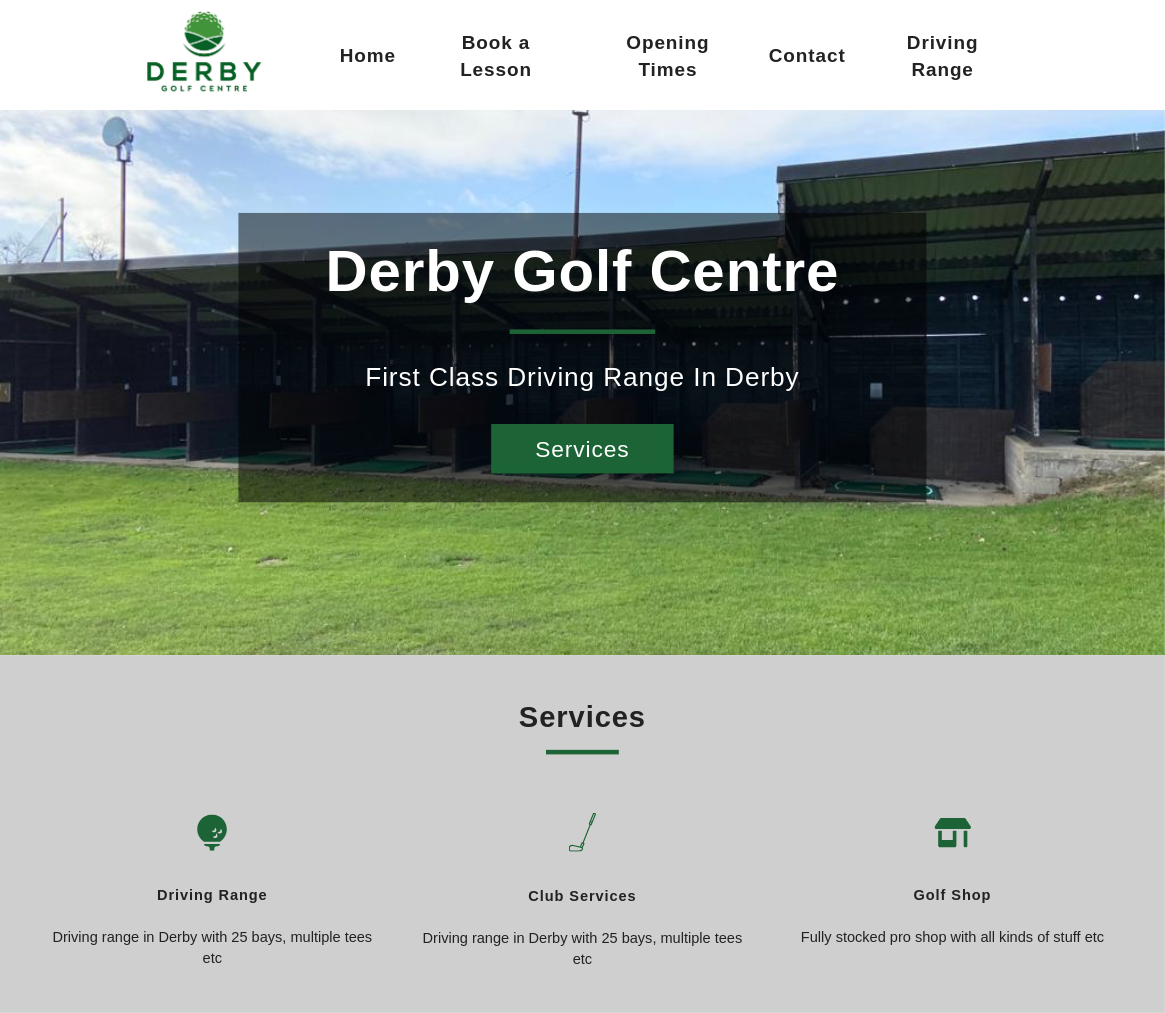
Repository: frankinstyyn/nigeljamesconsulting
Page: /
These files come from the project's save history. The page is drawn as it stood at one moment and after the next save; the edit follows.
The browser window is 1280 px wide. The pictures show the whole page, at 91% of full size.
Some web fonts or font styles are not loaded; a fallback is used. The project was rebuilt for these pictures with package versions that can differ from the ones it lists, and the page was loaded fresh each time. Also part of the build but not shown: src/pages/Lesson.js, src/pages/SingleRoom.js, src/pages/Error.js.

Above is the page before, as saved 2021-01-08 17:58:39.

### public/index.html
<!DOCTYPE html>
<html lang="en">
  <head>
    <meta charset="utf-8" />
    <link rel="icon" href="%PUBLIC_URL%/favicon.ico" />
    <meta name="viewport" content="width=device-width, initial-scale=1" />
    <meta name="theme-color" content="#000000" />
    <meta
      name="description"
      content="Web site created using create-react-app"
    />
    <link rel="apple-touch-icon" href="%PUBLIC_URL%/logo192.png" />
    <!--
      manifest.json provides metadata used when your web app is installed on a
      user's mobile device or desktop. See https://developers.google.com/web/fundamentals/web-app-manifest/
    -->
    <link rel="manifest" href="%PUBLIC_URL%/manifest.json" />
    <!--
      Notice the use of %PUBLIC_URL% in the tags above.
      It will be replaced with the URL of the `public` folder during the build.
      Only files inside the `public` folder can be referenced from the HTML.

      Unlike "/favicon.ico" or "favicon.ico", "%PUBLIC_URL%/favicon.ico" will
      work correctly both with client-side routing and a non-root public URL.
      Learn how to configure a non-root public URL by running `npm run build`.
    -->
    <title>Derby Golf Centre</title>
  </head>
  <body>
    <noscript>You need to enable JavaScript to run this app.</noscript>
    <div id="root"></div>
    <!--
      This HTML file is a template.
      If you open it directly in the browser, you will see an empty page.

      You can add webfonts, meta tags, or analytics to this file.
      The build step will place the bundled scripts into the <body> tag.

      To begin the development, run `npm start` or `yarn start`.
      To create a production bundle, use `npm run build` or `yarn build`.
    -->
  </body>
</html>

### src/index.js
import React from "react";
import ReactDOM from "react-dom";
import "./index.css";
import { BrowserRouter as Router } from "react-router-dom";
import App from "./App";
import reportWebVitals from "./reportWebVitals";

ReactDOM.render(
  <Router>
    <App />
  </Router>,
  document.getElementById("root")
);

// If you want to start measuring performance in your app, pass a function
// to log results (for example: reportWebVitals(console.log))
// or send to an analytics endpoint. Learn more: https://bit.ly/CRA-vitals
reportWebVitals();

### src/index.css
@import url("https://fonts.googleapis.com/css2?family=Darker+Grotesque:wght@300;800&display=swap");

body {
  margin: 0;
  font-family: -apple-system, BlinkMacSystemFont, "Segoe UI", "Roboto", "Oxygen",
    "Ubuntu", "Cantarell", "Fira Sans", "Droid Sans", "Helvetica Neue",
    sans-serif;
  -webkit-font-smoothing: antialiased;
  -moz-osx-font-smoothing: grayscale;
}

code {
  font-family: source-code-pro, Menlo, Monaco, Consolas, "Courier New",
    monospace;
}

### src/App.js
import "./App.css";
import Home from "./pages/Home";
import Lesson from "./pages/Lesson";
import SingleRoom from "./pages/SingleRoom";
import Error from "./pages/Error";

import { Route, Switch } from "react-router-dom";

import Navbar from "./components/Navbar";

function App() {
  return (
    <>
      <Navbar />
      <Switch>
        <Route exact path="/" component={Home} />
        <Route exact path="/lesson" component={Lesson} />
        <Route exact path="/lesson/:slug" component={SingleRoom} />
        <Route component={Error} />
      </Switch>
    </>
  );
}

export default App;

### src/App.css
* {
  margin: 0;
  padding: 0;
  box-sizing: border-box;
  font-family: "Darker Grotesque", sans-serif;
}
:root {
  --primaryColor: #1c6435;
  --mainWhite: #fff;
  --offWhite: #f7f7f7;
  --mainBlack: #222;
  --mainGrey: #ececec;
  --darkGrey: #cfcfcf;
  --mainTransition: all 0.3s linear;
  --mainSpacing: 1px;
  --lightShadow: 2px 5px 3px 0px rgba(0, 0, 0, 0.5);
  --darkShadow: 4px 10px 5px 0px rgba(0, 0, 0, 0.5);
}
/* globals */
body {
  padding-top: 66px;
  color: var(--mainBlack);
  background: var(--mainWhite);
  font-family: Verdana, Geneva, Tahoma, sans-serif;
  line-height: 1.4;
}
h1 {
  font-size: 3em;
  line-height: 1;
  margin-bottom: 0.5em;
}
h2 {
  font-size: 2em;
  margin-bottom: 0.75em;
}
h3 {
  font-size: 1.5em;
  line-height: 1;
  margin-bottom: 1em;
}
h4 {
  font-size: 1.2em;
  line-height: 1.25;
  margin-bottom: 1.25em;
}
h5 {
  font-size: 1em;
  font-weight: bold;
  margin-bottom: 1.5em;
}
h6 {
  font-size: 1em;
  font-weight: bold;
  margin-bottom: 1.5em;
}

.btn-primary {
  display: inline-block;
  text-decoration: none;
  letter-spacing: var(--mainSpacing);
  color: var(--mainWhite);
  background: var(--primaryColor);
  padding: 0.4rem 0.9rem;
  border: 3px solid var(--primaryColor);
  transition: var(--mainTransition);
  /* text-transform: uppercase; */
  cursor: pointer;
  width: 200px;
  font-size: 25px;
}
.btn-primary:hover {
  background: transparent;
  color: var(--primaryColor);
}
.loading {
  text-transform: capitalize;
  text-align: center;
  margin-top: 3rem;
}
.error {
  text-align: center;
  text-transform: uppercase;
  margin: 2rem 0;
}
.empty-search {
  text-align: center;
  text-transform: capitalize;
  margin: 2rem 0;
  padding: 1rem;
  letter-spacing: var(--mainSpacing);
}
/* end of globals */
/* Navbar */
.logo {
  height: 91px;
}
.navbar {
  position: fixed;
  top: 0;
  left: 0;
  width: 100%;
  padding: 0.75rem 2rem;
  background: var(--mainWhite);
  z-index: 1;
  display: inline-block;
  vertical-align: middle;
  text-align: center;
}
.nav-header {
  display: flex;
  justify-content: space-between;
}
.nav-btn {
  background: transparent;
  border: none;
  cursor: pointer;
  outline: none;
  color: red;
}
.nav-icon {
  font-size: 1.5rem;
  color: var(--primaryColor);
}
.nav-links {
  height: 0;
  overflow: hidden;
  transition: var(--mainTransition);
  list-style-type: none;
  align-items: center;
}
.nav-links a {
  display: block;
  text-decoration: none;
  padding: 1rem;
  color: var(--mainBlack);
  transition: var(--mainTransition);
  text-align: center;
  font-size: 1.3rem;
  font-weight: 600;
  letter-spacing: var(--mainSpacing);
}
.nav-links a:hover {
  color: var(--mainWhite);
  background: var(--primaryColor);
}

.show-nav {
  height: 310px;
}
@media screen and (min-width: 1028px) {
  .nav-btn {
    display: none;
  }
  .nav-center {
    max-width: 1170px;
    margin: 0 10%;
    display: flex;
  }
  .nav-links {
    height: auto;
    display: flex;
    margin-left: 4rem;
  }
  .nav-links a {
    /* margin: 0 1rem; */
    padding: 1rem;
  }
}
/* end of navbar */
/* Hero */
.defaultHero,
.lessonHero {
  min-height: calc(100vh - 66px);
  background: url("./images/defaultBcg.jpeg") center/cover no-repeat;
  display: flex;
  align-items: center;
  justify-content: center;
}
.lessonHero {
  background-image: url("./images/room-2.jpeg");
  /* min-height: 60vh; */
}
/* End of Hero */
/* Banner */
.banner {
  display: inline-block;
  background: rgba(0, 0, 0, 0.5);
  color: var(--mainWhite);
  padding: 2rem 1rem;
  text-align: center;
  text-transform: capitalize;
  letter-spacing: var(--mainSpacing);
}
.banner h1 {
  font-size: 2.5rem;
}
.banner div {
  width: 10rem;
  height: 5px;
  background: var(--primaryColor);
  margin: 1.7rem auto;
}
.banner p {
  font-size: 1.8rem;
  margin-bottom: 2rem;
}
@media screen and (min-width: 576px) {
  .banner {
    padding: 2rem 3rem;
  }
  .banner h1 {
    font-size: 3rem;
  }
}
@media screen and (min-width: 992px) {
  .banner {
    padding: 2rem 6rem;
  }
  .banner h1 {
    font-size: 4rem;
  }
}
/* End of Banner */
/* Title */
.section-title {
  text-align: center;
  margin-bottom: 4rem;
}
.section-title h4 {
  font-size: 2rem;
  letter-spacing: var(--mainSpacing);
  text-transform: capitalize;
  margin-bottom: 1rem;
}
.section-title div {
  width: 5rem;
  height: 5px;
  margin: 0 auto;
  background: var(--primaryColor);
}
/* end of Title */

/* services */
.services {
  padding: 3rem 0;
}
.services {
  background: var(--darkGrey);
  text-align: center;
}
.services-center {
  width: 90vw;
  margin: 0 auto;
  display: grid;
  grid-template-columns: repeat(auto-fit, minmax(255px, 1fr));
  grid-row-gap: 2rem;
  grid-column-gap: 50px;
}
.service span {
  display: inline-block;
  color: var(--primaryColor);
  font-size: 2.5rem;
  margin-bottom: 1.5rem;
}
.services h6 {
  letter-spacing: var(--mainSpacing);
}
.services p {
  width: 80%;
  margin: 0 auto;
}

.servicesImg {
  width: 30px;
  stroke: var(--primaryColor);
  stroke-width: 10;
}
@media screen and (min-width: 992px) {
  .services-center {
    width: 95vw;
    max-width: 1170px;
  }
}

@media screen and (min-width: 1200px) {
  .services p {
    width: 100%;
  }
}
/*end of services */
/* featured rooms */

.featured-rooms {
  padding: 5rem 0;
}
.featured-rooms-center {
  width: 80vw;
  margin: 0 auto;
  display: grid;
  grid-template-columns: repeat(auto-fit, minmax(270px, 1fr));
  grid-row-gap: 2rem;
  grid-column-gap: 40px;
}
@media screen and (min-width: 776px) {
  .featured-rooms-center {
    width: 90vw;
    grid-template-columns: repeat(auto-fit, minmax(330px, 1fr));
  }
}
@media screen and (min-width: 992px) {
  .featured-rooms-center {
    width: 95vw;
    max-width: 1170px;
  }
}
/* end pf featured rooms */
/* room */
.room {
  box-shadow: var(--lightShadow);
  transition: var(--mainTransition);
}
.room:hover {
  box-shadow: var(--darkShadow);
}

.img-container {
  position: relative;
}
.img-container img {
  width: 100%;
  display: block;
  transition: var(--mainTransition);
}
.price-top {
  position: absolute;
  top: 0;
  left: 0;
  background: rgba(0, 0, 0, 0.8);
  color: var(--mainWhite);
  padding: 0.3rem 0.6rem 0.5rem;
  border-bottom-right-radius: 1rem;
  font-size: 0.5rem;
  text-align: center;
  transition: var(--mainTransition);
}
.price-top h6 {
  margin-bottom: 0;
  font-size: 0.9rem;
  font-weight: 300;
  letter-spacing: var(--mainSpacing);
}
.room-link {
  position: absolute;
  top: 50%;
  left: 50%;
  transform: scale(0);
  transition: all 0.3s linear;
}
.img-container:hover {
  background: rgba(0, 0, 0, 0.8);
}
.img-container:hover img {
  opacity: 0.3;
}
.img-container:hover .price-top {
  opacity: 0;
}
.img-container:hover .room-link {
  transform: translate(-50%, -50%) scale(1);
}
.room-info {
  background: var(--darkGrey);
  text-transform: capitalize;
  padding: 0.5rem 0;
  text-align: center;
  font-weight: 700;
  letter-spacing: var(--mainSpacing);
}
/* end of room  */
/* single room*/

.single-room {
  padding: 5rem 0 0 0;
}
.single-room-images {
  width: 80vw;
  margin: 0 auto;
  display: grid;
  grid-template-columns: repeat(auto-fit, minmax(350px, 1fr));
  grid-row-gap: 2rem;
  grid-column-gap: 50px;
}
.single-room-images img {
  width: 100%;
  display: block;
}
.single-room-info {
  width: 80vw;
  display: grid;
  grid-template-columns: 1fr;
  margin: 2rem auto;
}
.desc,
.info {
  margin: 1rem 0;
}
.desc h3 {
  text-transform: capitalize;
  letter-spacing: var(--mainSpacing);
}
.desc p {
  line-height: 1.5;
}
.info h3,
.info h6 {
  text-transform: capitalize;
  letter-spacing: var(--mainSpacing);
}

.info h6 {
  font-weight: 300;
}
.room-extras {
  width: 80vw;
  margin: 0 auto 3rem auto;
}
.room-extras h6 {
  text-transform: capitalize;
  letter-spacing: var(--mainSpacing);
}
.extras {
  list-style-type: none;
  display: grid;
  grid-template-columns: repeat(auto-fit, minmax(330px, 1fr));
  grid-column-gap: 2rem;
  grid-row-gap: 1rem;
}
@media screen and (min-width: 992px) {
  .single-room-images,
  .single-room-info,
  .room-extras {
    width: 95vw;
    max-width: 1170px;
  }
  .single-room-info {
    display: grid;
    grid-template-columns: 1fr 1fr;
    grid-column-gap: 2rem;
  }
  .info {
    padding-left: 3rem;
  }
}
/* end of single room*/
/* roomlist */
.roomslist {
  padding: 5rem 0;
}
.roomslist-center {
  width: 80vw;
  margin: 0 auto;
  display: grid;
  grid-template-columns: repeat(auto-fill, minmax(270px, 1fr));
  grid-row-gap: 2rem;
  grid-column-gap: 30px;
}

@media screen and (min-width: 776px) {
  .roomslist-center {
    width: 90vw;
  }
}
@media screen and (min-width: 992px) {
  .roomslist-center {
    width: 95vw;
    max-width: 1170px;
  }
}
/* end of roomlist */
/*  rooms fitler*/
.filter-container {
  padding: 5rem 0;
}
.filter-form {
  width: 60vw;
  margin: 0 auto;
  display: grid;
  grid-template-columns: repeat(auto-fit, minmax(202px, 1fr));
  grid-row-gap: 2rem;
  grid-column-gap: 40px;
}
.form-group {
  text-transform: capitalize;
}
.form-group label {
  display: block;
  letter-spacing: var(--mainSpacing);
  margin-bottom: 0.5rem;
}
.form-control {
  width: 100%;
  background: transparent;
  font-size: 1rem;
}
.size-inputs {
  display: flex;
}
.size-input {
  width: 40%;
  padding: 0.2rem;
  border: 1px solid var(--mainBlack);
  border-radius: 0.3rem;
  margin-right: 0.3rem;
}
.single-extra label {
  display: inline-block;
  font-size: 0.8rem;
  margin-left: 0.5rem;
}
@media screen and (min-width: 776px) {
  .filter-form {
    width: 70vw;
  }
}
@media screen and (min-width: 992px) {
  .filter-form {
    width: 95vw;
    max-width: 1170px;
  }
}
/* end of rooms fitler*/

### src/pages/Home.js
import React from "react";
import Hero from "../components/Hero";
import Banner from "../components/Banner";
import { Link } from "react-router-dom";
import Services from "../components/Services"

export default function Home() {
  return (
    <>
    <Hero hero="defaultHero" >
      <Banner title="Derby Golf Centre" subtitle="First class Driving Range in Derby">
        <Link to="/lesson" className="btn-primary">
          Services
      </Link>
      </Banner>
      </Hero>
      <Services />
      </>
  );
}

### src/components/Navbar.js
import React, { Component } from "react";
// import { IoGolf } from "react-icons/io5";
import logo from "../images/sdrlogo.jpeg";
import { FaAlignRight } from "react-icons/fa";
import { Link } from "react-router-dom";

export default class Navbar extends Component {
  state = {
    isOpen: false,
  }
  handleToggle = () => {
    this.setState({ isOpen: !this.state.isOpen });
  }
  render() {
    return <nav className="navbar">
      <div class="nav-center">
        <div class="nav-header">
          <Link to="/">
            <img className="logo" src={logo} alt="Derby Golf Centre" />
          </Link>
          <button type="button" className="nav-btn" onClick={this.handleToggle}>
            <FaAlignRight className="nav-icon" />
          </button>
        </div>
        <ul className={this.state.isOpen ? "nav-links show-nav" : "nav-links"}>
          <li>
            <Link to="/">Home</Link>
          </li>
          <li>
            <Link to="/lesson">Book a Lesson</Link>
          </li>
          <li>
            <Link to="/opening-times">Opening Times</Link>
          </li>
          <li>
            <Link to="/contact">Contact</Link>
          </li>
          <li>
            <Link to="/driving-range">Driving Range</Link>
          </li>
        </ul>
      </div>
    </nav>;
  }
}

### src/components/Hero.js
import React from 'react'

export default function Hero({children, hero}) {
    return (
        <header className={hero}>{children}</header>
    )
}

### src/components/Banner.js
import React from 'react'

export default function Banner({children,title,subtitle}) {
    return (
        <div className="banner">
            <h1>{title}</h1>
            <div></div>
            <p>{subtitle}</p>
            {children}
        </div>
    )
}

### src/components/Services.js
import React, { Component } from 'react'
import { FaGolfBall, FaStoreAlt } from 'react-icons/fa'
import golfclub from '../images/golf-club.svg'
import Title from "./Title"


export default class Services extends Component {
    state = {
        services: [
            {
                icon: <FaGolfBall />,
                title: "Driving Range",
                info: "Driving range in Derby with 25 bays, multiple tees etc"
            },
            {
                icon: <img src={golfclub} className="servicesImg" alt="Club Services"/>,
                title: "Club Services",
                info: "Driving range in Derby with 25 bays, multiple tees etc"
            },
            {
                icon: <FaStoreAlt />,
                title: "Golf Shop",
                info: "Fully stocked pro shop with all kinds of stuff etc"
            }
        ]
    };
    render() {
        return (
            <section className="services">
                <Title title="services" />
                <div className="services-center">
                    {this.state.services.map((item, index) => {
                        return (
                            <article key={index} className="service">
                                <span>{item.icon}</span>
                                <h6>{item.title}</h6>
                                <p>{item.info}</p>
                            </article>
                        )
                    })}
                </div>
            </section>
        )
    }
}

Loaded but not shown: src/reportWebVitals.js (common file); src/components/Title.js (common file)

After the next save:
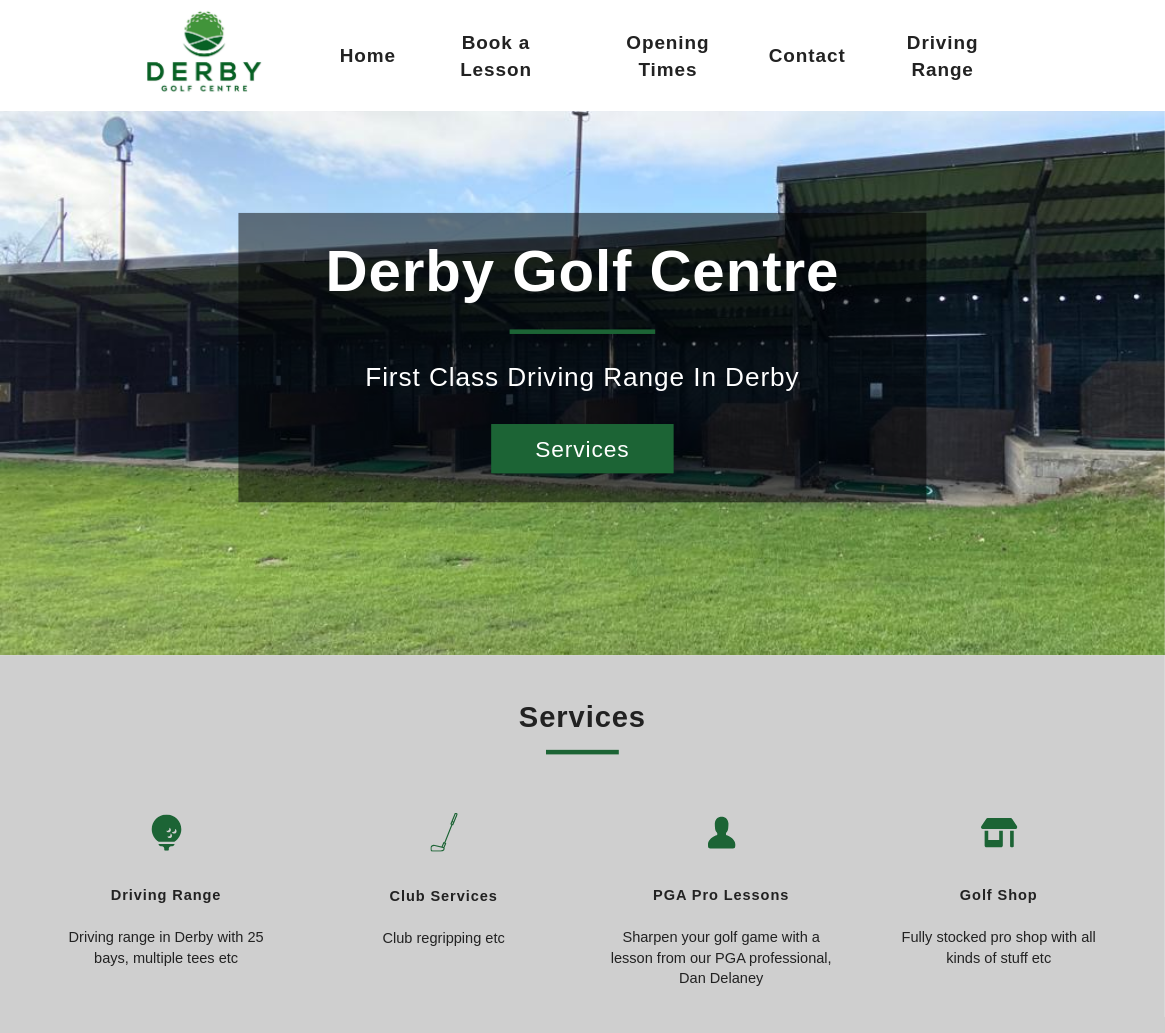
Saved 9 min 26 s later.
--- a/src/components/Services.js
+++ b/src/components/Services.js
@@ -1,5 +1,6 @@
 import React, { Component } from 'react'
 import { FaGolfBall, FaStoreAlt } from 'react-icons/fa'
+import { GoPerson } from "react-icons/go";
 import golfclub from '../images/golf-club.svg'
 import Title from "./Title"
 
@@ -15,7 +16,12 @@
             {
                 icon: <img src={golfclub} className="servicesImg" alt="Club Services"/>,
                 title: "Club Services",
-                info: "Driving range in Derby with 25 bays, multiple tees etc"
+                info: "Club regripping etc"
+            },
+            {
+                icon: <GoPerson />,
+                title: "PGA Pro Lessons",
+                info: "Sharpen your golf game with a lesson from our PGA professional, Dan Delaney"
             },
             {
                 icon: <FaStoreAlt />,
